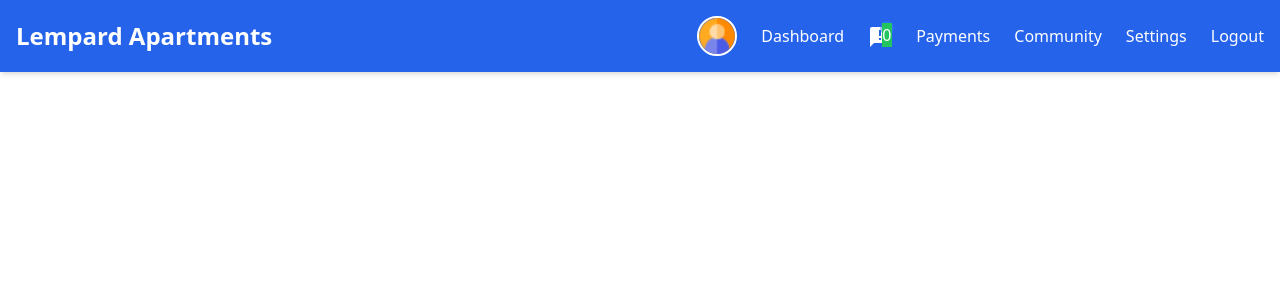
Repository: makanda596/system
Page: /home (app in client/)
The author's editor kept a copy of each file at every save. The page is drawn from the files as they stood at one save, then again after the next save.
The browser window is 1280 px wide. The pictures show the whole page.
The project was rebuilt for these pictures with package versions that can differ from the ones it lists, and the page was loaded fresh each time. Also part of the build but not shown: client/src/SignUpForm.jsx, client/src/LoginForm.jsx. Imported but missing from the stored project, and not drawn on this page: client/src/reportWebVitals.

Above is the page before, as saved 2024-12-03 09:18:36.

### client/src/App.js
import React from 'react';
import { BrowserRouter as Router, Route, Routes } from 'react-router-dom';
import Home from './Home.jsx'
import SignUpForm from './SignUpForm.jsx'
import LoginForm from './LoginForm.jsx'
function App() {
  return (
    <div>
      <Router>
        <Routes>
          <Route path="/signup" element={<SignUpForm />} />
          <Route path='/' element={<LoginForm />} />
          <Route path='/home' element={<Home />} />
        </Routes>
      </Router>
    </div>
  );
}

export default App;

### client/src/Home.jsx
import React from 'react';
import Navbar from '../src/componets/Navbar'
function Home() {
    return (
        <div>
            <Navbar />
        </div>
    );
}

export default Home;

### client/src/componets/Navbar.jsx
import React from 'react';
import { Link } from 'react-router-dom';
import avatar from '../assets/avatar.png'
import AnnouncementIcon from '@mui/icons-material/Announcement';
function Navbar() {
    const handleLogout = () => {
        // Logic for logging out (e.g., clearing session data, tokens, etc.)
        window.location.href = '/login'; // Redirect to the login page after logout
    };
    const alert = 2

    return (
        <nav className="bg-blue-600 shadow-md">
            <div className="max-w-7xl mx-auto px-4 py-4 flex justify-between items-center">
                {/* Logo or Apartment Name */}
                <h1 className="text-white text-2xl font-bold">Lempard Apartments</h1>

                {/* Navbar links */}
                <div className="flex space-x-6 items-center text-white">
                    {/* Profile Picture and Profile Link */}
                    <div className="relative">
                        <img
                            src={avatar} // Replace with actual profile picture URL
                            alt=""
                            className="w-10 h-10 rounded-full border-2 border-white"
                        />
                    </div>

                    {/* Dashboard Link */}
                    <Link to="/dashboard" className="hover:text-blue-300">Dashboard</Link>
                    <div className="relative">
                        <span className="absolute top-0 right-0 inline-block w-2.5 h-2.5 rounded-full ring-2 ">
                            {alert.length > 0 ? <p className='bg-red-500 '>{alert.length} </p> : <p className='bg-green-500 ring-green'>0</p>}
                        </span>
                        <AnnouncementIcon />
                    </div>
                    {/* Payments Link */}
                    <Link to="/payments" className="hover:text-blue-300">Payments</Link>

                    {/* Community Link */}
                    <Link to="/community" className="hover:text-blue-300">Community</Link>

                    {/* Settings Link */}
                    <Link to="/settings" className="hover:text-blue-300">Settings</Link>




                    {/* Logout Button */}
                    <button onClick={handleLogout} className="hover:text-blue-300">Logout</button>
                </div>
            </div>
        </nav>
    );
}

export default Navbar;

Loaded but not shown: client/src/index.js (common file); client/src/index.css (common file); client/tailwind.config.js (common file)

After the next save:
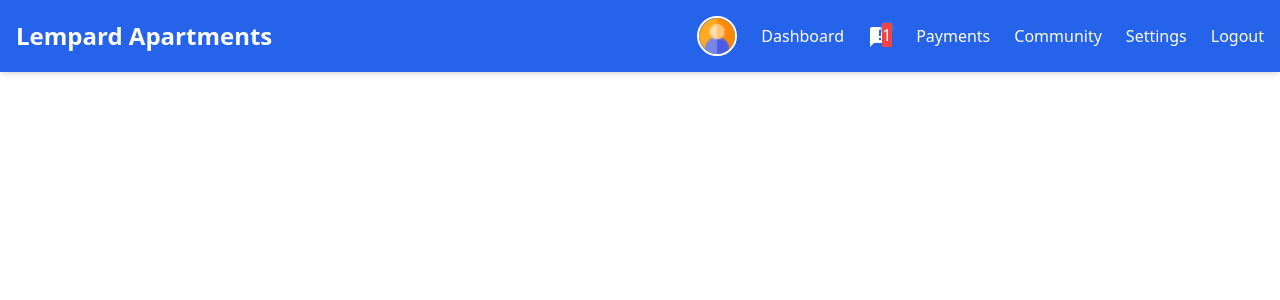
Saved 23 s later.
--- a/client/src/componets/Navbar.jsx
+++ b/client/src/componets/Navbar.jsx
@@ -7,7 +7,7 @@
         // Logic for logging out (e.g., clearing session data, tokens, etc.)
         window.location.href = '/login'; // Redirect to the login page after logout
     };
-    const alert = 2
+    const alert = "2"
 
     return (
         <nav className="bg-blue-600 shadow-md">

After the 3 saves that followed:
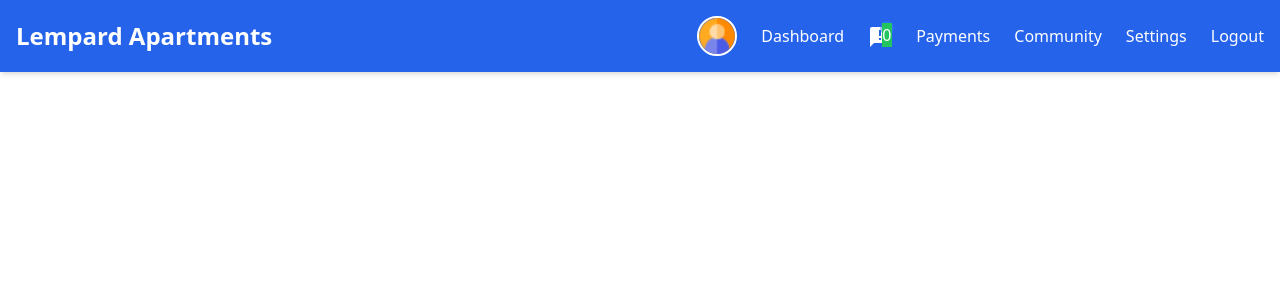
The 3 saves are shown as one change because 2 left the picture as it was.
The last was saved 95 s later.
--- a/client/src/componets/Navbar.jsx
+++ b/client/src/componets/Navbar.jsx
@@ -7,7 +7,7 @@
         // Logic for logging out (e.g., clearing session data, tokens, etc.)
         window.location.href = '/login'; // Redirect to the login page after logout
     };
-    const alert = "2"
+    const alert = [3]
 
     return (
         <nav className="bg-blue-600 shadow-md">
@@ -30,7 +30,7 @@
                     <Link to="/dashboard" className="hover:text-blue-300">Dashboard</Link>
                     <div className="relative">
                         <span className="absolute top-0 right-0 inline-block w-2.5 h-2.5 rounded-full ring-2 ">
-                            {alert.length > 0 ? <p className='bg-red-500 '>{alert.length} </p> : <p className='bg-green-500 ring-green'>0</p>}
+                            {alert.length > 1 ? <p className='bg-red-500 '>{alert.length} </p> : <p className='bg-green-500 ring-green'>0</p>}
                         </span>
                         <AnnouncementIcon />
                     </div>
